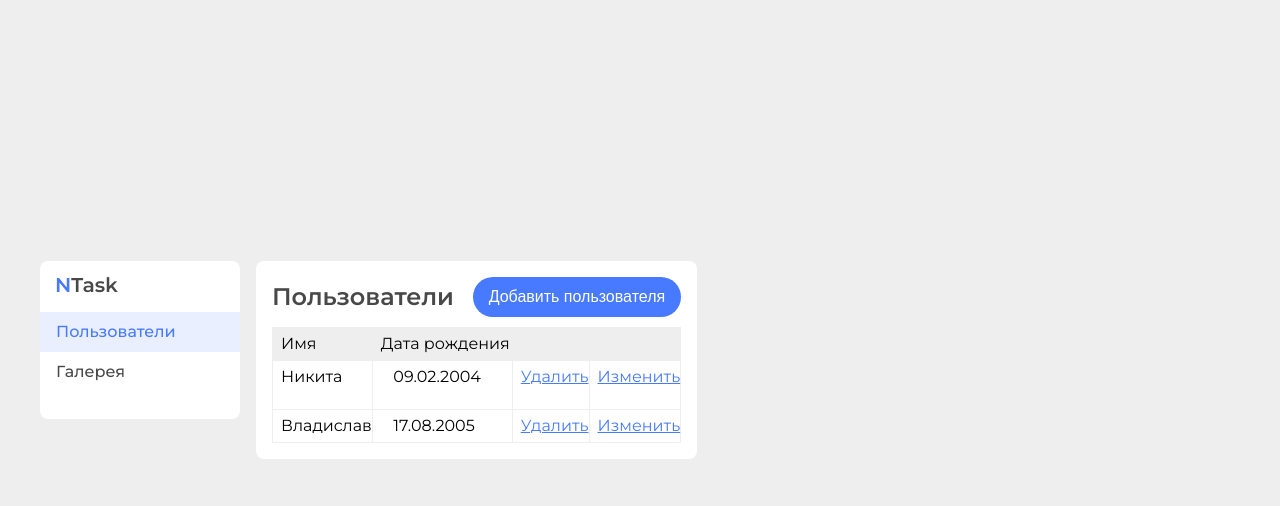
Repository: Grid-Master/NTask
Page: /gallery
These files come from the project's save history. The page is drawn as it stood at one moment and after the next save; the edit follows.
The browser window is 1280 px wide. The pictures show the whole page.
The project was rebuilt for these pictures with package versions that can differ from the ones it lists, and the page was loaded fresh each time. Also part of the build but not shown: src/components/gallery/gallery.sass, src/components/gallery/Gallery.tsx, src/components/updateUser/updateUser.sass, src/components/updateUser/UpdateUser.tsx.

Above is the page before, as saved 2023-06-09 19:48:46.

### public/index.html
<!DOCTYPE html>
<html lang="en">
  <head>
    <meta charset="utf-8" />
    <link rel="icon" href="%PUBLIC_URL%/favicon.ico" />
    <meta name="viewport" content="width=device-width, initial-scale=1" />
    <meta name="theme-color" content="#000000" />
    <meta name="description" content="Web site created using create-react-app" />
    <link rel="apple-touch-icon" href="%PUBLIC_URL%/logo192.png" />
    <link rel="preconnect" href="https://fonts.googleapis.com" />
    <link rel="preconnect" href="https://fonts.gstatic.com" crossorigin />
    <link
      href="https://fonts.googleapis.com/css2?family=Montserrat:wght@300;400;500;600;700&display=swap"
      rel="stylesheet" />
    <link rel="manifest" href="%PUBLIC_URL%/manifest.json" />
    <title>React App</title>
  </head>
  <body>
    <noscript>You need to enable JavaScript to run this app.</noscript>
    <div id="root"></div>
  </body>
</html>

### src/index.tsx
import React from 'react';
import ReactDOM from 'react-dom/client';
import { Provider } from 'react-redux';
import './index.css';
import App from './App';
import { BrowserRouter } from 'react-router-dom';
import store from './store';

const root = ReactDOM.createRoot(document.getElementById('root') as HTMLElement);
root.render(
  <React.StrictMode>
    <BrowserRouter>
      <Provider store={store}>
        <App />
      </Provider>
    </BrowserRouter>
  </React.StrictMode>,
);

### src/index.css
html, body, div, span, applet, object, iframe,
h1, h2, h3, h4, h5, h6, p, blockquote, pre,
a, abbr, acronym, address, big, cite, code,
del, dfn, em, img, ins, kbd, q, s, samp,
small, strike, strong, sub, sup, tt, var,
b, u, i, center,
dl, dt, dd, ol, ul, li,
fieldset, form, label, legend,
table, caption, tbody, tfoot, thead, tr, th, td,
article, aside, canvas, details, embed,
figure, figcaption, footer, header, hgroup,
menu, nav, output, ruby, section, summary,
time, mark, audio, video {
	margin: 0;
	padding: 0;
	border: 0;
	font-size: 100%;
	font: inherit;
	vertical-align: baseline;
}
/* HTML5 display-role reset for older browsers */
article, aside, details, figcaption, figure,
footer, header, hgroup, menu, nav, section {
	display: block;
}
body {
	line-height: 1;
}
ol, ul {
	list-style: none;
}
blockquote, q {
	quotes: none;
}
blockquote:before, blockquote:after,
q:before, q:after {
	content: '';
	content: none;
}
table {
	border-collapse: collapse;
}
body {
  margin: 0;
  font-family: Montserrat;
  background: #EEEEEE;
;
}
input {
	font-family: Montserrat;
}

#root {
	display: flex;
	align-items: center;
	justify-content: center;
	height: 100vh;
}

code {
  font-family: source-code-pro, Menlo, Monaco, Consolas, 'Courier New',
    monospace;
}

### src/App.tsx
import './App.css';
import { FC, useEffect } from 'react';
import Navbar from './components/navabar/Navbar';
import UserList from './components/userList/UserList';
import { Routes, Route, useNavigate } from 'react-router-dom';
import Gallery from './components/gallery/Gallery';
import UpdateUser from './components/updateUser/UpdateUser';

const App: FC = () => {
  const navigate = useNavigate();
  useEffect(() => {
    navigate('/NTask/users');
  }, []);

  return (
    <div className="App">
      <Navbar />
      <Routes>
        <Route path="/NTask/users" element={<UserList />} />
        <Route path="/NTask/users/:id" element={<UpdateUser />} />
        <Route path="/NTask/gallery" element={<Gallery />} />
        <Route path="*" element={<h1>Error</h1>} />
      </Routes>
    </div>
  );
};

export default App;

### src/store/index.ts
import { configureStore } from '@reduxjs/toolkit';
import usersReducer from './usersSlice';
import galleryReducer from './gallerySlice';

const store = configureStore({
  reducer: { usersReducer, galleryReducer },
});

export default store;

export type RootState = ReturnType<typeof store.getState>;
export type AppDispatch = typeof store.dispatch;

### src/App.css
.App {

  width: 100%;
  display: flex;
  align-items:start;
  gap: 16px;
  max-width: 1200px;
  margin: 0 auto;
}

@media screen and (max-width: 1200px) {
  .App {
    flex-direction: column;
    max-width: 1000px;
  }
}
@media screen and (max-width: 1000px) {
  .App {
    max-width: 600px;
    padding: 16px;
  }
}
@media screen and (max-width: 600px) {
  .App {
    max-width: calc(320px - 32px);
  }
}

### src/components/navabar/Navbar.tsx
import { FC } from 'react';
import './navbar.sass';
import { useNavigate, useLocation } from 'react-router-dom';
const logo = require('../../images/logo.png');

const Navbar: FC = () => {
  const navigate = useNavigate();
  const { pathname } = useLocation();

  return (
    <div className="navbar">
      <div className="navbar__imagecontainer">
        <img src={logo} alt="logo" />
      </div>
      <div
        className={pathname.includes('/users') ? 'navbar__item navbar__active' : 'navbar__item'}
        onClick={() => navigate('/NTask/users')}>
        Пользователи
      </div>
      <div
        className={pathname.includes('/gallery') ? 'navbar__item navbar__active' : 'navbar__item'}
        onClick={() => navigate('/NTask/gallery')}>
        Галерея
      </div>
    </div>
  );
};

export default Navbar;

### src/components/userList/UserList.tsx
import React, { FC } from 'react';
import { useNavigate } from 'react-router-dom';
import './userList.sass';
import { useAppDispatch, useAppSelector } from '../../store/hooks';
import { removeUser } from '../../store/usersSlice';

const UserList: FC = () => {
  const navigate = useNavigate();
  const users = useAppSelector((state) => state.usersReducer.users);
  const dispatch = useAppDispatch();

  const updateHandler = (router: string) => {
    navigate(router);
    window.scrollTo(0, 0);
  };

  const deleteHandler = (id: number) => {
    dispatch(removeUser(id));
  };

  return (
    <div className="userList">
      <div>
        <h1 className="userList__title">Пользователи</h1>
        <button className="userList__addUserBtn" onClick={() => updateHandler('createuser')}>
          Добавить пользователя
        </button>
      </div>
      <table className="userList__table">
        <tr className="userList__table-info">
          <td>Имя</td>
          <td>Дата рождения</td>
          <td></td>
          <td></td>
        </tr>
        {users.map((user) => (
          <tr key={user.id}>
            <td>{user.name}</td>
            <td>&nbsp; &nbsp;{user.date} &nbsp; &nbsp; &nbsp; &nbsp;</td>
            <td className="userList__table-btn" onClick={() => deleteHandler(user.id)}>
              Удалить
            </td>
            <td className="userList__table-btn" onClick={() => updateHandler(`${user.id}`)}>
              Изменить
            </td>
          </tr>
        ))}
      </table>
    </div>
  );
};

export default UserList;

### src/store/usersSlice.ts
import { createSlice, PayloadAction } from '@reduxjs/toolkit';
import { users } from '../data/users';

export interface IUser {
  id: number;
  name: string;
  date: string;
}

const usersSlice = createSlice({
  name: 'users',
  initialState: {
    users: [...users] as IUser[],
  },
  reducers: {
    addUser(state, action: PayloadAction<IUser>) {
      state.users.push(action.payload);
    },
    updateUser(state, action: PayloadAction<IUser>) {
      let updateUser = state.users.find((user) => user.id === action.payload.id);
      if (updateUser) {
        updateUser.name = action.payload.name;
        updateUser.date = action.payload.date;
      }
      state.users = state.users.map((user) => (user.id === updateUser?.id ? updateUser : user));
    },
    removeUser(state, action: PayloadAction<number>) {
      state.users = state.users.filter((user) => user.id !== action.payload);
    },
  },
});

export const { removeUser, updateUser, addUser } = usersSlice.actions;

export default usersSlice.reducer;

### src/store/gallerySlice.ts
import { createSlice, PayloadAction } from '@reduxjs/toolkit';

export interface IPhoto {
  id: number;
  isSelected: boolean;
  file: any;
}

const gallerySlice = createSlice({
  name: 'users',
  initialState: {
    photos: [] as IPhoto[],
  },
  reducers: {
    addPhoto(state, action: PayloadAction<IPhoto>) {
      state.photos.unshift(action.payload);
    },
    pickPhoto(state, action: PayloadAction<number>) {
      const pickedPhoto = state.photos.findIndex((photo) => photo.id === action.payload);
      console.log(pickedPhoto, 'picked');
      if (pickedPhoto !== -1) {
        state.photos[pickedPhoto] = {
          ...state.photos[pickedPhoto],
          isSelected: !state.photos[pickedPhoto].isSelected,
        };
      }
    },
    removePhotos(state) {
      state.photos = state.photos.filter((photo) => !photo.isSelected);
    },
  },
});

export const { addPhoto, pickPhoto, removePhotos } = gallerySlice.actions;

export default gallerySlice.reducer;

### src/components/navabar/navbar.sass
.navbar
    width: 200px
    height: 158px
    background: #FFFFFF
    border-radius: 8px
    &__imagecontainer
        padding: 16px 0
        margin-left: 16px
    &__item
        padding: 8px 16px
        cursor: pointer
        font-weight: 500
        font-size: 16px
        line-height: 150%
        color: #484848
        transition: .3s
        &:hover
            color: #477AFF

    &__active
        background: #E9EFFF
        color: #477AFF

@media screen and (max-width: 600px)
    .navbar
        width: 288px
        height: 158px

### src/components/userList/userList.sass
.userList
    // width: 100%
    background: #FFFFFF
    border-radius: 8px
    padding: 16px
    >div
        display: flex
        align-items: center
        justify-content: space-between
    &__title
        font-weight: 600
        font-size: 24px
        line-height: 150%
        color: #484848
    &__addUserBtn
        font-weight: 500
        font-size: 16px
        line-height: 100%
        color: #FFFFFF
        background: #477AFF
        border-radius: 20px
        padding: 12px 16px
        border: none
        outline: none
        cursor: pointer
        transition: .3s
        &:hover
            opacity: .8
    &__table
        margin-top: 10px
        // width: 952px
        td
            border: 1px solid #EEEEEE
            // width: 238px
            text-align: start
            padding: 8px 0
            padding-left: 8px
        &-btn
            cursor: pointer
            text-decoration-line: underline
            color: #477AFF
            transition: .2s
            text-align: center !important
            &:hover
                opacity: .8
        tr td:nth-child(2)
            width: 131px !important
        // tr:first-child td:first-child
        //     border-radius: 8px 0 0 0
        // tr:first-child td:last-child
        //     border-radius: 0 8px 0 0
        // tr:last-child td:first-child
        //     border-radius: 0 0 8px 0
        // tr:last-child td:last-child
        //     border-radius: 0 0 0 8px //??
        &-info
            background-color: #EEEEEE
            border-radius: 8px !important

@media screen and (max-width: 1200px)
    .userList
        width: calc( 100% - 32px )
@media screen and (max-width: 600px)
    .userList
        &__table
            display: block
            overflow-x: scroll
            &::-webkit-scrollbar
                // width: 4px
                scroll-margin-top: 5px
                height: 4px
                border: 1px solid #d5d5d5
            &::-webkit-scrollbar-track
                border-radius: 0
                background: #eeeeee
            &::-webkit-scrollbar-thumb
                border-radius: 0
                background: #b0b0b0
                cursor: pointer
        >div
            flex-direction: column
            align-items: start
        &__title
            margin-bottom: 10px

### src/store/hooks.ts
import { useDispatch, useSelector, TypedUseSelectorHook } from 'react-redux';
import type { RootState, AppDispatch } from '../store';

export const useAppDispatch = () => useDispatch<AppDispatch>();
export const useAppSelector: TypedUseSelectorHook<RootState> = useSelector;

### src/data/users.ts
import { IUser } from '../store/usersSlice';

export const users: IUser[] = [
  {
    id: 1,
    name: 'Никита',
    date: '09.02.2004',
  },
  {
    id: 2,
    name: 'Владислав',
    date: '17.08.2005',
  },
];

After the next save:
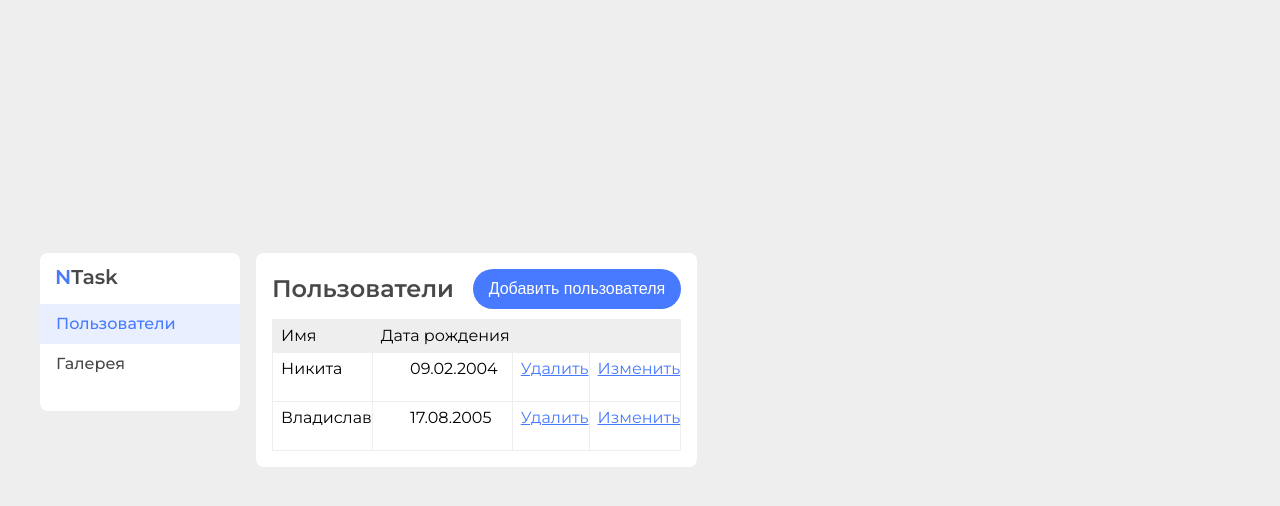
Saved 14 s later.
--- a/src/components/userList/UserList.tsx
+++ b/src/components/userList/UserList.tsx
@@ -36,7 +36,7 @@ const UserList: FC = () => {
         {users.map((user) => (
           <tr key={user.id}>
             <td>{user.name}</td>
-            <td>&nbsp; &nbsp;{user.date} &nbsp; &nbsp; &nbsp; &nbsp;</td>
+            <td>&nbsp; &nbsp; &nbsp; &nbsp;{user.date} &nbsp; &nbsp; &nbsp; &nbsp;</td>
             <td className="userList__table-btn" onClick={() => deleteHandler(user.id)}>
               Удалить
             </td>
